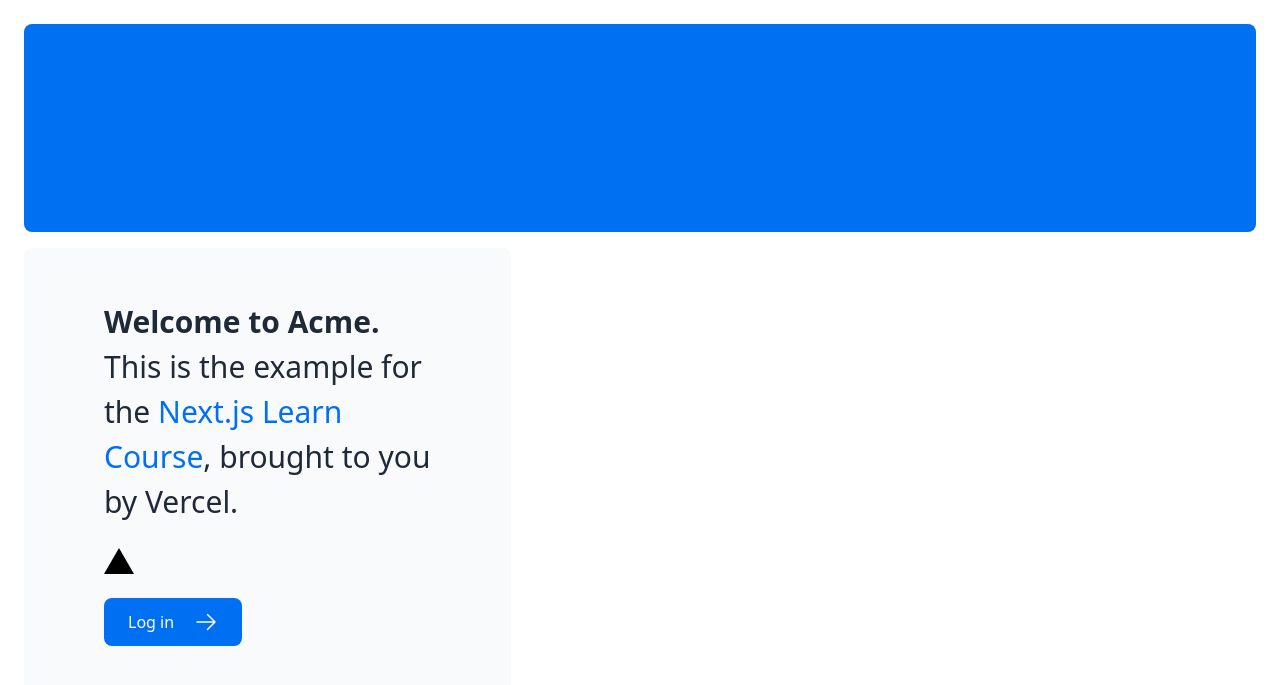
Repository: nooruddine/nfa-app
Page: /
These files come from the project's save history. The page is drawn as it stood at one moment and after the next save; the edit follows.
The browser window is 1280 px wide. The pictures show the whole page.
The project was rebuilt for these pictures with package versions that can differ from the ones it lists, and the page was loaded fresh each time. The framework's server and built-in components were replaced by stand-ins that run in the browser. Also part of the build but not shown: next.config.mjs.

Above is the page before, as saved 2024-08-22 22:57:06.

After the next save:
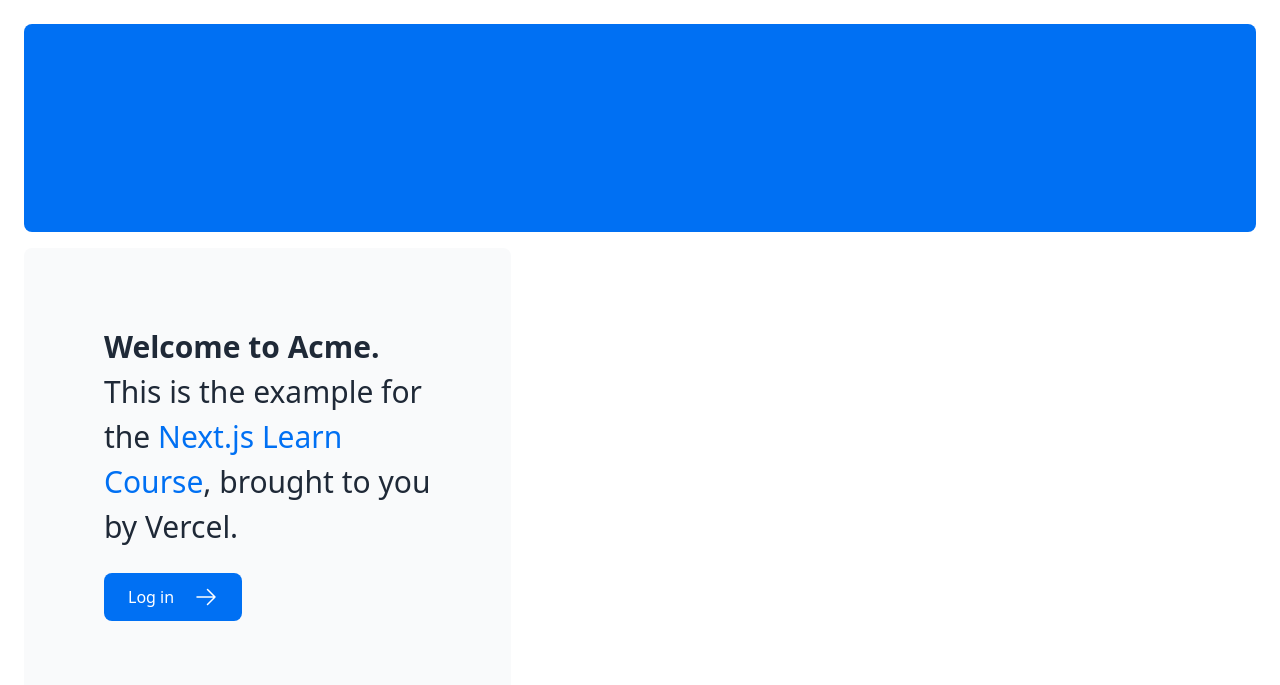
Saved 14 s later.
--- a/app/page.tsx
+++ b/app/page.tsx
@@ -17,9 +17,7 @@
             </a>
             , brought to you by Vercel.
           </p>
-          <div
-  className="relative w-0 h-0 border-l-[15px] border-r-[15px] border-b-[26px] border-l-transparent border-r-transparent border-b-black"
-/>
+
           <Link
             href="/login"
             className="flex items-center gap-5 self-start rounded-lg bg-blue-500 px-6 py-3 text-sm font-medium text-white transition-colors hover:bg-blue-400 md:text-base"
